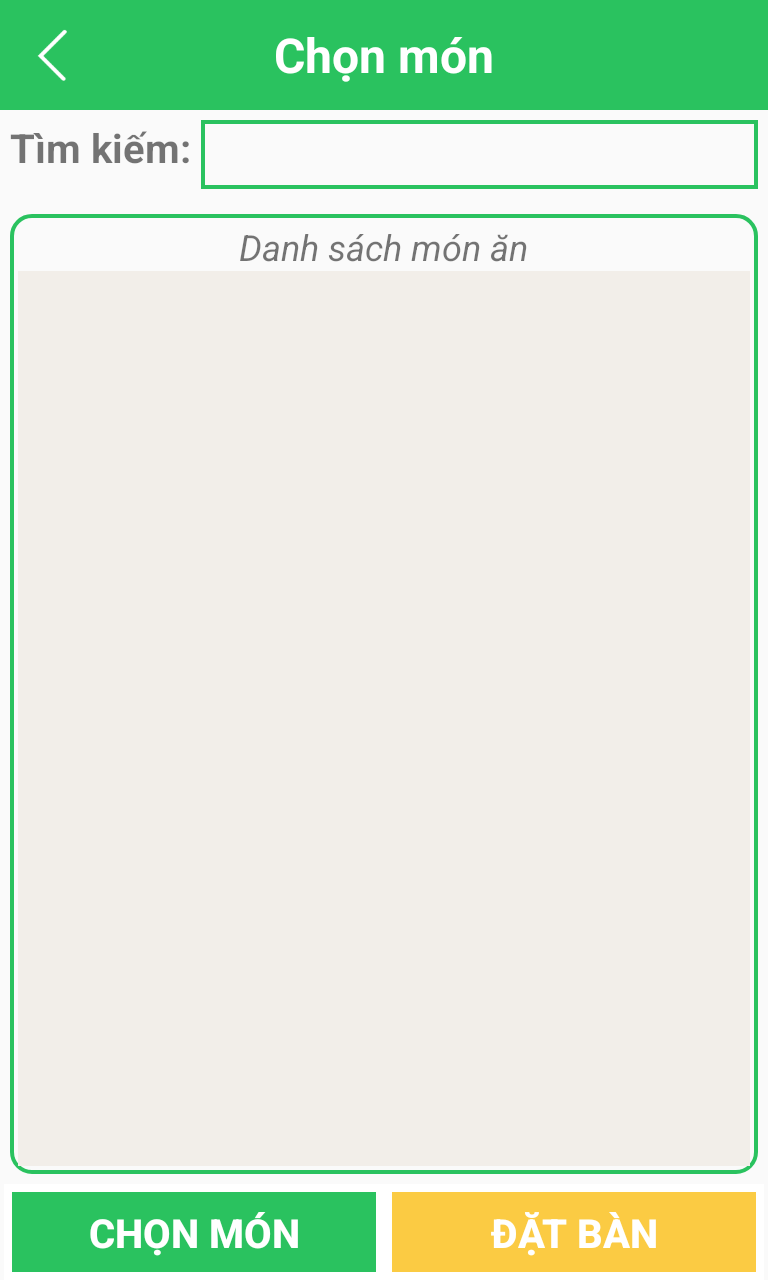
Repository: yenthanh132/Intelresment_AndroidClientApp
Layout: Intelresment/res/layout/activity_order.xml
These files come from the project's save history. The layout is drawn as it stood at one moment and after the next save; the edit follows.
It is drawn on a 768 x 1280 px phone screen (xhdpi) without system bars, with theme AppTheme; the app's code is not run. Lists and similar views that code fills are empty.

Above is the layout before, as saved 2014-12-27 07:53:54.

### Intelresment/res/layout/activity_order.xml
<?xml version="1.0" encoding="utf-8"?>
<RelativeLayout xmlns:android="http://schemas.android.com/apk/res/android"
    android:layout_width="match_parent"
    android:layout_height="match_parent" >

    <RelativeLayout
        android:id="@+id/header"
        android:layout_width="match_parent"
        android:layout_height="wrap_content"
        android:background="#2AC25F"
        android:padding="10dp" >

        <ImageButton
            android:id="@+id/btnBack"
            android:layout_width="35dp"
            android:layout_height="35dp"
            android:background="@drawable/transparent_button"
            android:scaleType="fitXY"
            android:src="@drawable/back" />

        <TextView
            android:id="@+id/tvLabel1"
            android:layout_width="wrap_content"
            android:layout_height="wrap_content"
            android:layout_centerInParent="true"
            android:text="Chọn món"
            android:textColor="#fff"
            android:textSize="24sp"
            android:textStyle="bold" />
    </RelativeLayout>

    <RelativeLayout
        android:id="@+id/panelDetail"
        android:layout_width="match_parent"
        android:layout_height="wrap_content"
        android:layout_above="@+id/panelButton"
        android:layout_below="@+id/header"
        android:padding="5dp" >

        <TextView
            android:id="@+id/tvLabel2"
            android:layout_width="wrap_content"
            android:layout_height="wrap_content"
            android:text="Tìm kiếm: "
            android:textSize="20sp"
            android:textStyle="bold" />

        <EditText
            android:id="@+id/txtabc"
            android:layout_width="match_parent"
            android:layout_height="wrap_content"
            android:layout_toRightOf="@+id/tvLabel2"
            android:background="@drawable/edittext_border" />

        <RelativeLayout
            android:id="@+id/panelFood"
            android:layout_width="match_parent"
            android:layout_height="wrap_content"
            android:layout_below="@+id/tvLabel2"
            android:layout_marginTop="20dp"
            android:background="@drawable/oval_rectangle"
            android:padding="4dp" >

            <TextView
                android:id="@+id/tvLabel3"
                android:layout_width="wrap_content"
                android:layout_height="wrap_content"
                android:layout_centerHorizontal="true"
                android:text="Danh sách món ăn"
                android:textSize="18sp"
                android:textStyle="italic" />

            <GridView
                android:id="@+id/gvFood"
                android:layout_width="match_parent"
                android:layout_height="match_parent"
                android:layout_below="@+id/tvLabel3"
                android:background="#F2EEE9" >
            </GridView>
        </RelativeLayout>
    </RelativeLayout>

    <LinearLayout
        android:id="@+id/panelButton"
        android:layout_width="match_parent"
        android:layout_height="wrap_content"
        android:layout_alignParentBottom="true"
        android:paddingLeft="2dp"
        android:paddingRight="2dp"
        android:weightSum="2" >

        <Button
            android:id="@+id/btnChooseFood"
            android:layout_width="match_parent"
            android:layout_height="wrap_content"
            android:layout_weight="1"
            android:background="@drawable/green_button"
            android:padding="10dp"
            android:text="Chọn món"
            android:textColor="#fff"
            android:textSize="20sp"
            android:textStyle="bold" />

        <Button
            android:id="@+id/btnOrder"
            android:layout_width="match_parent"
            android:layout_height="wrap_content"
            android:layout_weight="1"
            android:background="@drawable/orange_button"
            android:padding="10dp"
            android:text="Đặt bàn"
            android:textColor="#fff"
            android:textSize="20sp"
            android:textStyle="bold" />
    </LinearLayout>

</RelativeLayout>

### Intelresment/res/drawable/transparent_button.xml
<?xml version="1.0" encoding="utf-8"?>
<selector xmlns:android="http://schemas.android.com/apk/res/android">

    <item android:state_pressed="true"><shape>
            <solid android:color="#0E9174" />
        </shape></item>
    <item><shape>
            <solid android:color="#00000000" />
        </shape></item>

</selector>

### Intelresment/res/drawable/edittext_border.xml
<?xml version="1.0" encoding="utf-8"?>
<selector xmlns:android="http://schemas.android.com/apk/res/android">

    <item android:drawable="@drawable/edittext_drawable" android:state_pressed="true"/>
    <!-- pressed -->
    <item android:drawable="@drawable/edittext_drawable" android:state_focused="true"/>
    <!-- focused -->
    <item android:drawable="@drawable/edittext_drawable"/>
    <!-- default -->

</selector>

### Intelresment/res/drawable/oval_rectangle.xml
<?xml version="1.0" encoding="utf-8"?>
<shape xmlns:android="http://schemas.android.com/apk/res/android" >

    <corners android:radius="10dp" />

    <stroke
        android:width="2dp"
        android:color="#2AC25F" />

</shape>

### Intelresment/res/drawable/green_button.xml
<?xml version="1.0" encoding="utf-8"?>
<selector xmlns:android="http://schemas.android.com/apk/res/android">

    <item android:state_pressed="true"><shape>
            <solid android:color="#0E9174" />

            <stroke android:width="4dp" android:color="#fff" />

            <padding android:bottom="10dp" android:left="10dp" android:right="10dp" android:top="10dp" />
        </shape></item>
    <item><shape>
            <solid android:color="#2AC25F" />

            <stroke android:width="4dp" android:color="#fff" />


        </shape></item>

</selector>

### Intelresment/res/drawable/orange_button.xml
<?xml version="1.0" encoding="utf-8"?>
<selector xmlns:android="http://schemas.android.com/apk/res/android">

    <item android:state_pressed="true"><shape>
            <solid android:color="#0E9174" />

            <stroke android:width="4dp" android:color="#fff" />

            <padding android:bottom="10dp" android:left="10dp" android:right="10dp" android:top="10dp" />
        </shape></item>
    <item><shape>
            <solid android:color="#FBCB43" />

            <stroke android:width="4dp" android:color="#fff" />


        </shape></item>

</selector>

### Intelresment/res/drawable/edittext_drawable.xml
<?xml version="1.0" encoding="utf-8"?>
<shape xmlns:android="http://schemas.android.com/apk/res/android"
    android:shape="rectangle" >

    <solid android:color="#00000000" />

    <stroke
        android:width="2dp"
        android:color="#2AC25F" />

    <padding
        android:bottom="5dp"
        android:left="5dp"
        android:right="5dp"
        android:top="5dp" />

</shape>

Loaded but not shown: Intelresment/res/values/styles.xml (common file); Intelresment/res/values-v11/styles.xml (common file); Intelresment/res/values-v14/styles.xml (common file)

After the next save:
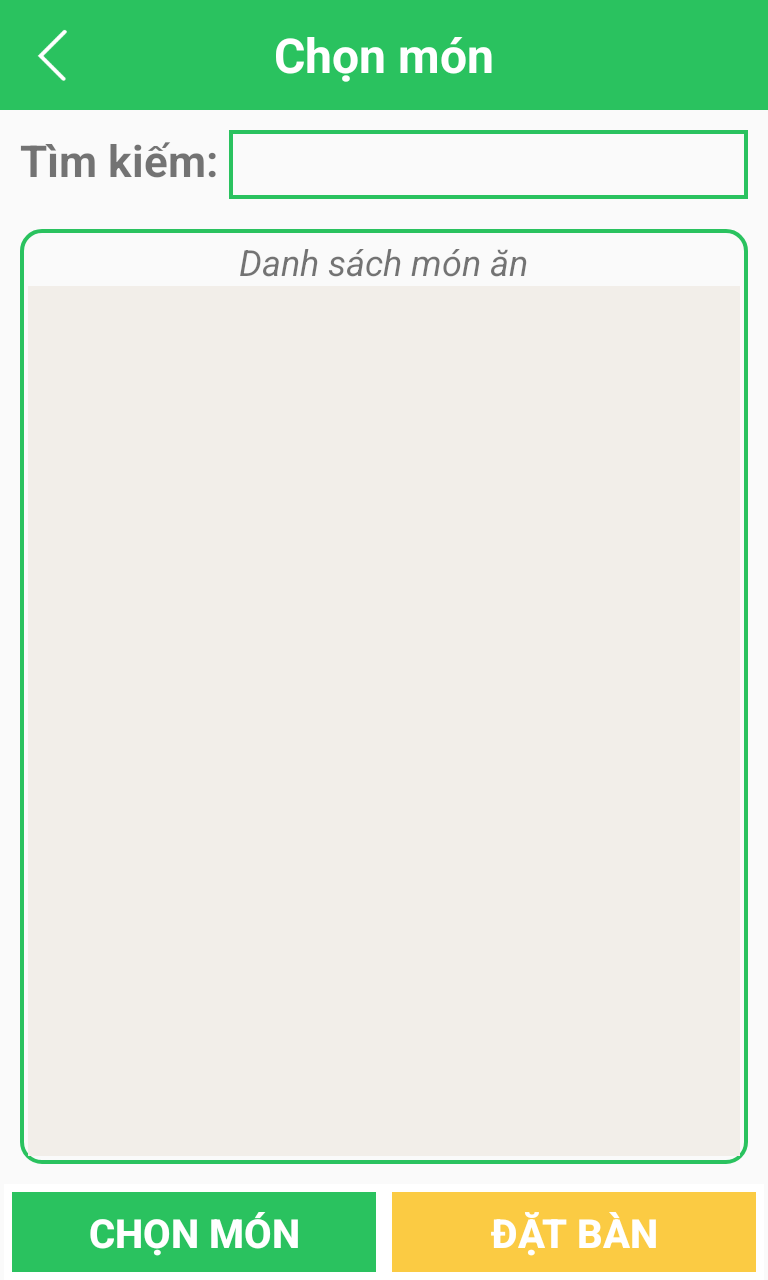
Saved 9 s later.
--- a/Intelresment/res/layout/activity_order.xml
+++ b/Intelresment/res/layout/activity_order.xml
@@ -35,14 +35,14 @@
         android:layout_height="wrap_content"
         android:layout_above="@+id/panelButton"
         android:layout_below="@+id/header"
-        android:padding="5dp" >
+        android:padding="10dp" >
 
         <TextView
             android:id="@+id/tvLabel2"
             android:layout_width="wrap_content"
             android:layout_height="wrap_content"
             android:text="Tìm kiếm: "
-            android:textSize="20sp"
+            android:textSize="22sp"
             android:textStyle="bold" />
 
         <EditText
